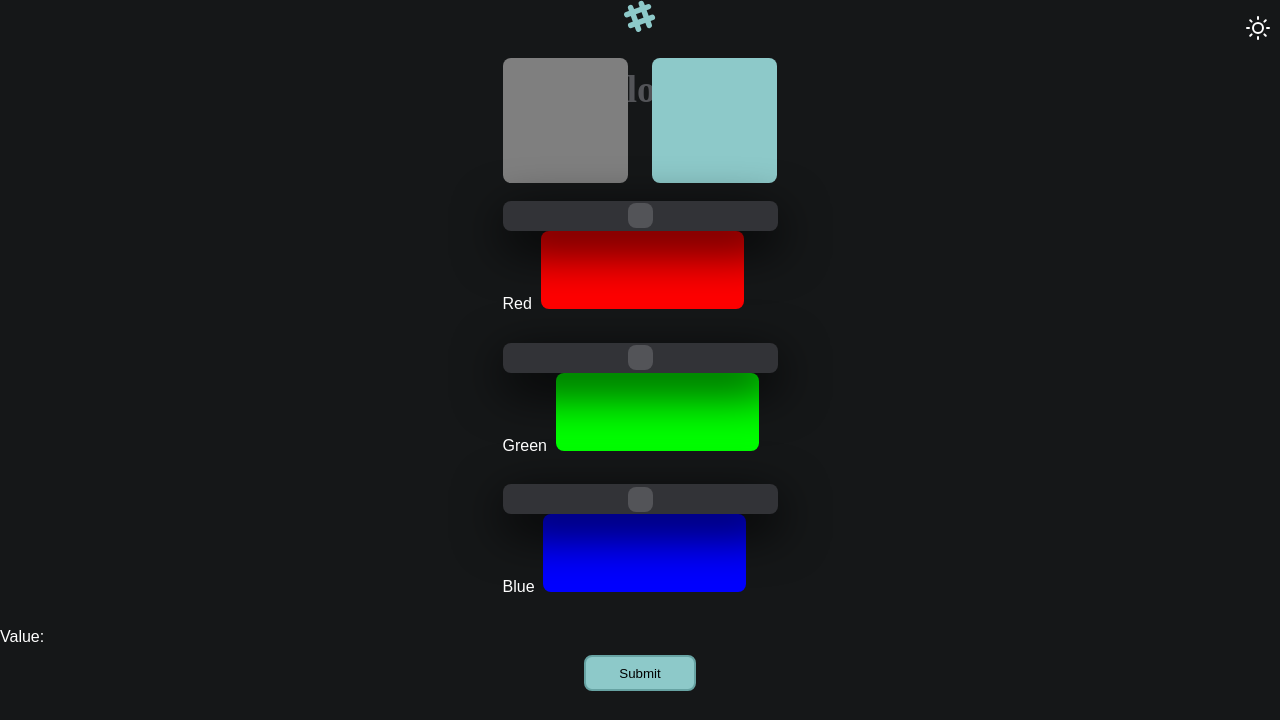
Repository: Artem-Melnik/Colorle
Page: index.html
These files come from the project's save history. The page is drawn as it stood at one moment and after the next save; the edit follows.
The browser window is 1280 px wide. The pictures show the whole page.

Above is the page before, as saved 2022-05-14 21:35:44.

### index.html
<!-- TODO: Change text/icon color -->
<!-- TODO: Represent guess correctness using Linear-style icons -->
<!-- TODO: Replace Colorle text logo with SVG/image due to font problems -->
<!-- TODO: Add textboxes where player can enter exact RGB values -->
<!DOCTYPE html>
<html>
  <head>
    <title>Parcel Sandbox</title>
    <link rel="stylesheet" href="styles.css">
    <meta charset="UTF-8" />
    <meta name="viewport" content="width=device-width" />
  </head>

  <script
    src="https://ajax.googleapis.com/ajax/libs/jquery/3.6.0/jquery.min.js"
    type="text/javascript"
  ></script>
  <script
    src="https://ajax.googleapis.com/ajax/libs/jqueryui/1.13.1/jquery-ui.min.js"
    type="text/javascript"
  ></script>
  <!-- Host feather icons locally and remove CDN? -->
  <script src="https://unpkg.com/feather-icons"></script>
  <script>
      feather.replace();
    </script>
  <script type="module" src="index.js" type="text/javascript"></script>

  <body>
    <div id="app"></div>
    <div class="topBar">
      <div id="header">
        <img id="logo" src="assets/logo.svg">
        <p id="title">Colorle</p>
      </div>
      <p>
        <button type="button" id="themeToggle">
          <img src="assets/sun-icon.svg">
          <!-- <i id="themeIcon" data-feather="sun"></i> -->
        </button>
      </p>
    </div>

    <div id="topColors">
      <div id="previewAll"></div>
      <div id="correctColor"></div>
    </div>
    <div id="redContainer">
      <input
        type="range"
        min="0"
        max="255"
        value="128"
        class="slider"
        id="sliderRed"
      />
      <p class="currentColor" id="currentRed">Red</p>
      <p class="rating" id="ratingRed"></p>
      <div id="previewRed"></div>
    </div>
    <div id="greenContainer">
      <input
        type="range"
        min="0"
        max="255"
        value="128"
        class="slider"
        id="sliderGreen"
      />
      <p class="currentColor" id="currentGreen">Green</p>
      <p class="rating" id="ratingGreen"></p>
      <div id="previewGreen"></div>
    </div>
    <div id="blueContainer">
      <input
        type="range"
        min="0"
        max="255"
        value="128"
        class="slider"
        id="sliderBlue"
      />
      <p class="currentColor" id="currentBlue">Blue</p>
      <p class="rating" id="ratingBlue"></p>
      <div id="previewBlue"></div>
    </div>
    <div class="guessText">
      <p>Value: <span id="guessColor"></span></p>
    </div>
    <div class="buttonContainer">
      <button type="button" id="submitButton">Submit</button>
    </div>
  </body>
</html>

### styles.css
body {
  font-family: sans-serif;
  margin: 0;
  background: #151718;
  color: #ffffff;
}

.lightTheme {
  background: #ffffff;
  color: #151718;
}

/* Changes the correctColor gradient to dark/black */
/* .correctColorDark {
  background-image: linear-gradient(
    to bottom,
    rgba(0, 0, 0, 0),
    rgba(0, 0, 0, 1) 100%
  ) !important;
} */

#header {
  display: block;
  position: relative;
  margin: auto;
  width: 275px;
  height: 42px;
  margin-bottom: auto;
}

#logo {
  display: block;
  position: relative;
  justify-content: center;
  align-items: center;
  margin: auto;
  width: 32px;
  height: 32px;
}

#title {
  justify-content: center;
  font-family: "Asap";
  font-style: normal;
  font-weight: 700;
  font-size: 37px;
  line-height: 42px;
  display: flex;
  align-items: center;
  text-align: center;
  color: #535458;
}

#themeToggle {
  width: 25px;
  height: 25px;
  position: absolute;
  right: 15px;
  top: 15px;
  color: grey;
  background: none;
  border: none;
  transform: scale(1);
  transition: all 0.5s;
}

#themeToggle:hover {
  transform: scale(1.2);
}

#themeIcon {
  color: grey;
  width: 25px;
  height: 25px;
  transform: scale(1);
  transition: all 0.5s;
}

#themeIcon.animate {
  color: grey;
  transform: scale(0);
}

.transform-active {
  /* background-color: blue;
  animation-name: darkToLight;
  animation-duration: 1s; */
  color: #151718;
}

.transform {
  -webkit-transition: all 2s ease;
  -moz-transition: all 2s ease;
  -o-transition: all 2s ease;
  -ms-transition: all 2s ease;
  transition: all 2s ease;
}

/* @keyframes darkTolight {
  0% {
    color: #ffffff;
  }
  100% {
    color: #151718;
  }
} */

/* #previewId {
  width: 100px;
  height: 100px;
  background-color: var(color);
  border: solid black;
} */

/* correctColor gradient */
/* #correctColor {
  position: absolute;
  top: 0px;
  width: 100%;
  height: 25%;
  background-color: var(color);
  margin: auto;
  background-image: linear-gradient(
    to bottom,
    rgba(255, 255, 255, 0),
    rgba(255, 255, 255, 1) 100%
  );
  z-index: -1;
} */

#topColors {
  width: 275px;
  margin: auto;
}

#correctColor {
  display: inline-block;
  position: relative;
  width: 125px;
  height: 125px;
  border-radius: 8px;
  margin-left: 10px;
}

#previewAll {
  background-color: rgb(127, 127, 127);
  display: inline-block;
  position: relative;
  width: 125px;
  height: 125px;
  border-radius: 8px;
  order: 1;
  margin-right: 10px;
}

#redContainer,
#greenContainer,
#blueContainer {
  display: auto;
  justify-content: center;
  margin: auto;
  width: 275px;
}

#sliderRed,
#sliderGreen,
#sliderBlue {
  display: block;
  -webkit-appearance: none;
  -moz-appearance: none;
  appearance: none;
  background: #323337;
  width: 275px;
  height: 30px;
  top: 100px;
  border-radius: 8px;
  margin: auto;
  margin-top: 5%;
  filter: drop-shadow(0px 15px 25px #000000);
}

#sliderRed::-webkit-slider-thumb,
#sliderGreen::-webkit-slider-thumb,
#sliderBlue::-webkit-slider-thumb {
  -webkit-appearance: none;
  appearance: none;
  width: 25px;
  height: 25px;
  background: #535458;
  cursor: pointer;
  border-radius: 8px;
}

#currentRed,
#currentGreen,
#currentBlue,
#ratingRed,
#ratingGreen,
#ratingBlue {
  display: inline-block;
  position: relative;
}

#previewRed,
#previewGreen,
#previewBlue {
  display: inline-block;
  position: relative;
  width: 203px;
  height: 78px;
  /* background-color: var(color); */
  /* border: solid black; */
  border-radius: 8px;
  margin: auto;
  z-index: -1;
}

#previewRed {
  background-color: rgb(255, 0, 0);
}

#previewGreen {
  background-color: rgb(0, 255, 0);
}

#previewBlue {
  background-color: rgb(0, 0, 255);
}

.buttonContainer {
  display: flex;
  justify-content: center;
}

#submitButton {
  position: fixed;
  width: 112px;
  height: 36px;
  bottom: 4%;
  border: 2px solid;
  border-radius: 8px;
  transition: all 0.3s ease 0s;
}

#submitButton:hover {
  position: fixed;
  width: 112px;
  height: 36px;
  bottom: 4%;
  border: 2px solid;
  border-radius: 8px;
  filter: drop-shadow(0px 10px 15px #8dc9c980);
  transform: translateY(-5px);
}

#submitButton:active {
  position: fixed;
  width: 112px;
  height: 36px;
  bottom: 4%;
  border: 2px solid;
  border-radius: 8px;
  filter: drop-shadow(0px 10px 15px #8dc9c980);
  transform: translateY(-1px);
}

### index.js
// document.getElementById("sliderRange").innerHTML = `
// <div class="slidercontainer"></div>
// `;
// var root = document.querySelector(":root");
// var slider = document.getElementById("sliderRange");
// // Change "demo" to something else?
// var sliderRange = document.getElementById("demo");
// sliderRange.innerHTML = slider.value;
let correctRed = 141;
let correctGreen = 201;
let correctBlue = 201;

let red;
let green;
let blue;
// TODO: Split correctRGB into 3 seperate colors
let correctRgb =
  "rgb(" + correctRed + ", " + correctGreen + ", " + correctBlue + ")";

function changeColor() {
  red = document.getElementById("sliderRed").value;
  green = document.getElementById("sliderGreen").value;
  blue = document.getElementById("sliderBlue").value;

  document.getElementById("previewRed").style.backgroundColor =
    "rgb(" + red + ", 0, 0)";
  document.getElementById("previewGreen").style.backgroundColor =
    "rgb(0," + green + ", 0)";
  document.getElementById("previewBlue").style.backgroundColor =
    "rgb(0, 0," + blue + ")";

  document.getElementById("currentRed").textContent = red;
  document.getElementById("currentGreen").textContent = green;
  document.getElementById("currentBlue").textContent = blue;
}

// Shows guess color when submit button is clicked
// Also checks how close the guess is to the correct color
function onSubmit() {
  document.getElementById("previewAll").style.backgroundColor =
    "rgb(" + red + ", " + green + ", " + blue + ")";
  document.getElementById("guessColor").textContent =
    "rgb(" + red + ", " + green + ", " + blue + ")";

  // TODO: Optimize code for red, green, and blue checks
  // Check if red guess is correct
if (red == correctRed) {
  document.getElementById('ratingRed').innerText = "SS";
} else if ((red > correctRed - 6) && (red < correctRed + 6)) {
  document.getElementById('ratingRed').innerText = "S";
} else if ((red > correctRed - 12) && (red < correctRed + 12)) {
  document.getElementById('ratingRed').innerText = "A";
} else if ((red > correctRed - 24) && (red < correctRed + 24)) {
  document.getElementById('ratingRed').innerText = "B";
} else if ((red > correctRed - 48) && (red < correctRed + 48)) {
  document.getElementById('ratingRed').innerText = "C";
} else {
  document.getElementById('ratingRed').innerText = "D";
}

  // Does same thing as red check but for green
if (green == correctGreen) {
  document.getElementById('ratingGreen').innerText = "SS";
} else if ((green > correctGreen - 6) && (green < correctGreen + 6)) {
  document.getElementById('ratingGreen').innerText = "S";
} else if ((green > correctGreen - 12) && (green < correctGreen + 12)) {
  document.getElementById('ratingGreen').innerText = "A";
} else if ((green > correctGreen - 24) && (green < correctGreen + 24)) {
  document.getElementById('ratingGreen').innerText = "B";
} else if ((green > correctGreen - 48) && (green < correctGreen + 48)) {
  document.getElementById('ratingGreen').innerText = "C";
} else {
  document.getElementById('ratingGreen').innerText = "D";
}

  // Does same thing as red check but for blue
if (blue == correctBlue) {
  document.getElementById('ratingBlue').innerText = "SS";
} else if ((blue > correctBlue - 6) && (blue < correctBlue + 6)) {
  document.getElementById('ratingBlue').innerText = "S";
} else if ((blue > correctBlue - 12) && (blue < correctBlue + 12)) {
  document.getElementById('ratingBlue').innerText = "A";
} else if ((blue > correctBlue - 24) && (blue < correctBlue + 24)) {
  document.getElementById('ratingBlue').innerText = "B";
} else if ((blue > correctBlue - 48) && (blue < correctBlue + 48)) {
  document.getElementById('ratingBlue').innerText = "C";
} else {
  document.getElementById('ratingBlue').innerText = "D";
}

  // if ("rgb(" + red + "," + green + "," + blue + ")" === "rgb(141,201,201)") {
  //   alert("Correct!");
  // }
}

$("#themeToggle").click(function () {
  $("#themeIcon").toggleClass("animate");
});

function themeSwitch() {
  document.body.classList.toggle("lightTheme");
  document.getElementById("correctColor").classList.toggle("correctColorDark");
}

document.getElementById("correctColor").style.backgroundColor = correctRgb;
document.getElementById("submitButton").style.backgroundColor = correctRgb;
document.getElementById("submitButton").style.borderColor =
  "rgb(" +
  (correctRed - 38) +
  ", " +
  (correctGreen - 38) +
  ", " +
  (correctBlue - 38) +
  ")";

document.getElementById("sliderRed").addEventListener("input", changeColor);
document.getElementById("sliderGreen").addEventListener("input", changeColor);
document.getElementById("sliderBlue").addEventListener("input", changeColor);
document.getElementById("submitButton").addEventListener("click", onSubmit);
document.getElementById("themeToggle").addEventListener("click", themeSwitch);

// Plugs in sliderRange for green in RGB
// Outputs the value of the slider
// slider.oninput = function () {
//   sliderRange.innerHTML = this.value;
//   root.style.setProperty("--green", sliderRange);
//   alert(sliderRange);
// };

After the next save:
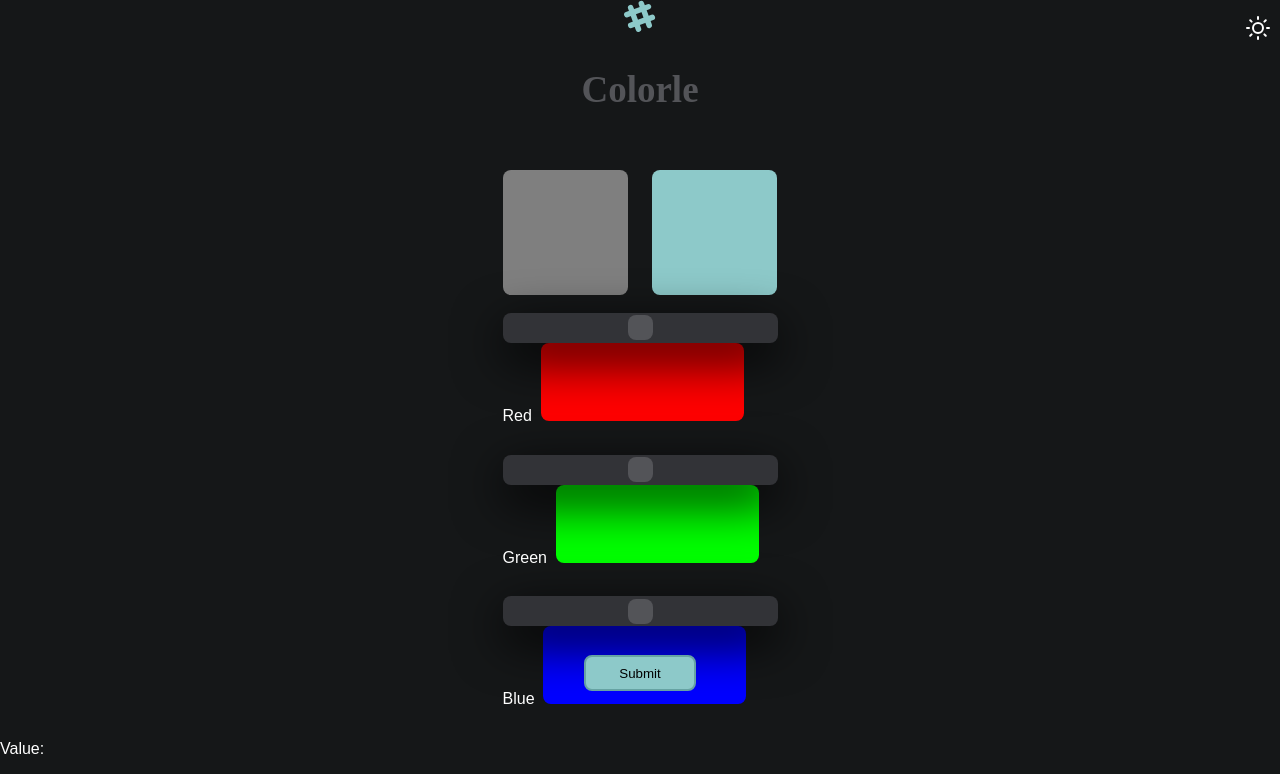
Saved 7 s later.
--- a/styles.css
+++ b/styles.css
@@ -25,7 +25,7 @@ body {
   margin: auto;
   width: 275px;
   height: 42px;
-  margin-bottom: auto;
+  margin-bottom: 10%;
 }
 
 #logo {
